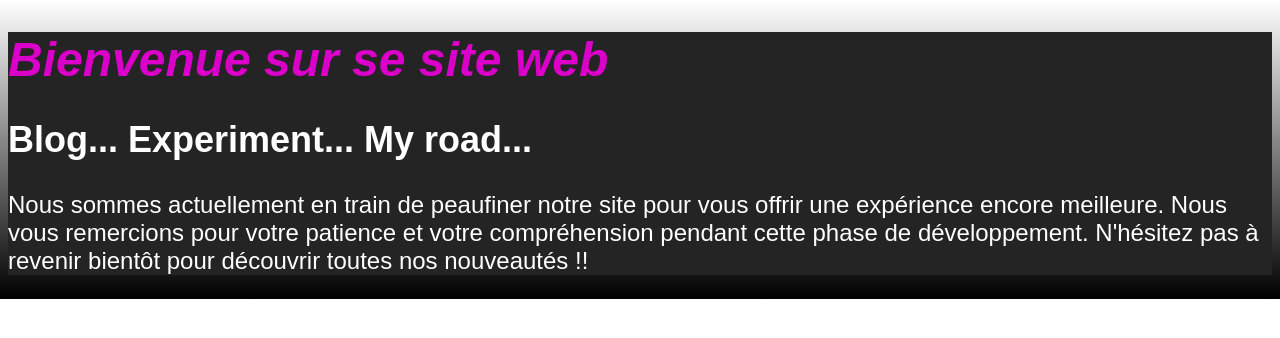
Repository: ValetteEvan/PersonalWebApp
Page: index.html
The author's editor kept a copy of each file at every save. The page is drawn from the files as they stood at one save, then again after the next save.
The browser window is 1280 px wide. The pictures show the whole page.

Above is the page before, as saved 2025-01-07 18:04:50.

After the next save:
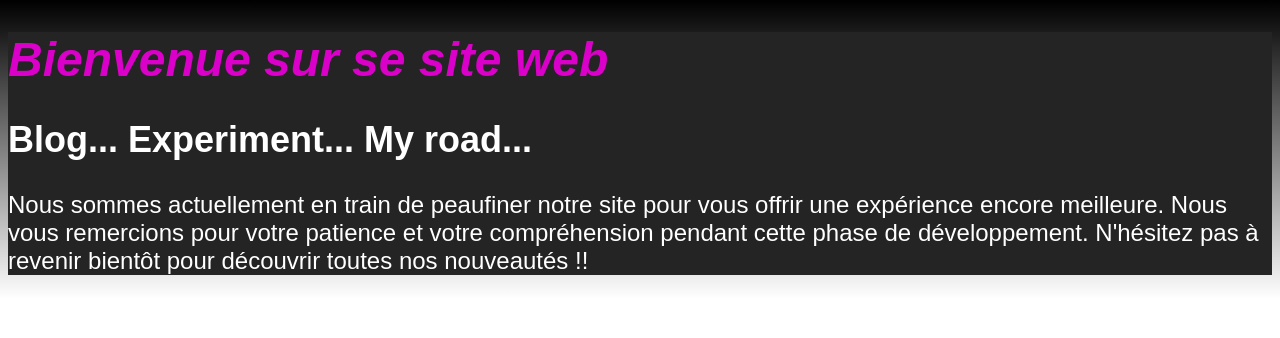
Saved 17 s later.
--- a/style.css
+++ b/style.css
@@ -2,7 +2,7 @@
 body{
 
     background-color: rgb(255, 255, 255);
-    background: linear-gradient(0deg,rgb(0, 0, 0),#ffffff);
+    background: linear-gradient(180deg,rgb(0, 0, 0),#ffffff);
     background-repeat: no-repeat;
     /*background-image: url('image/auto.jpg');*/
     /* background-repeat: no-repeat;*/
